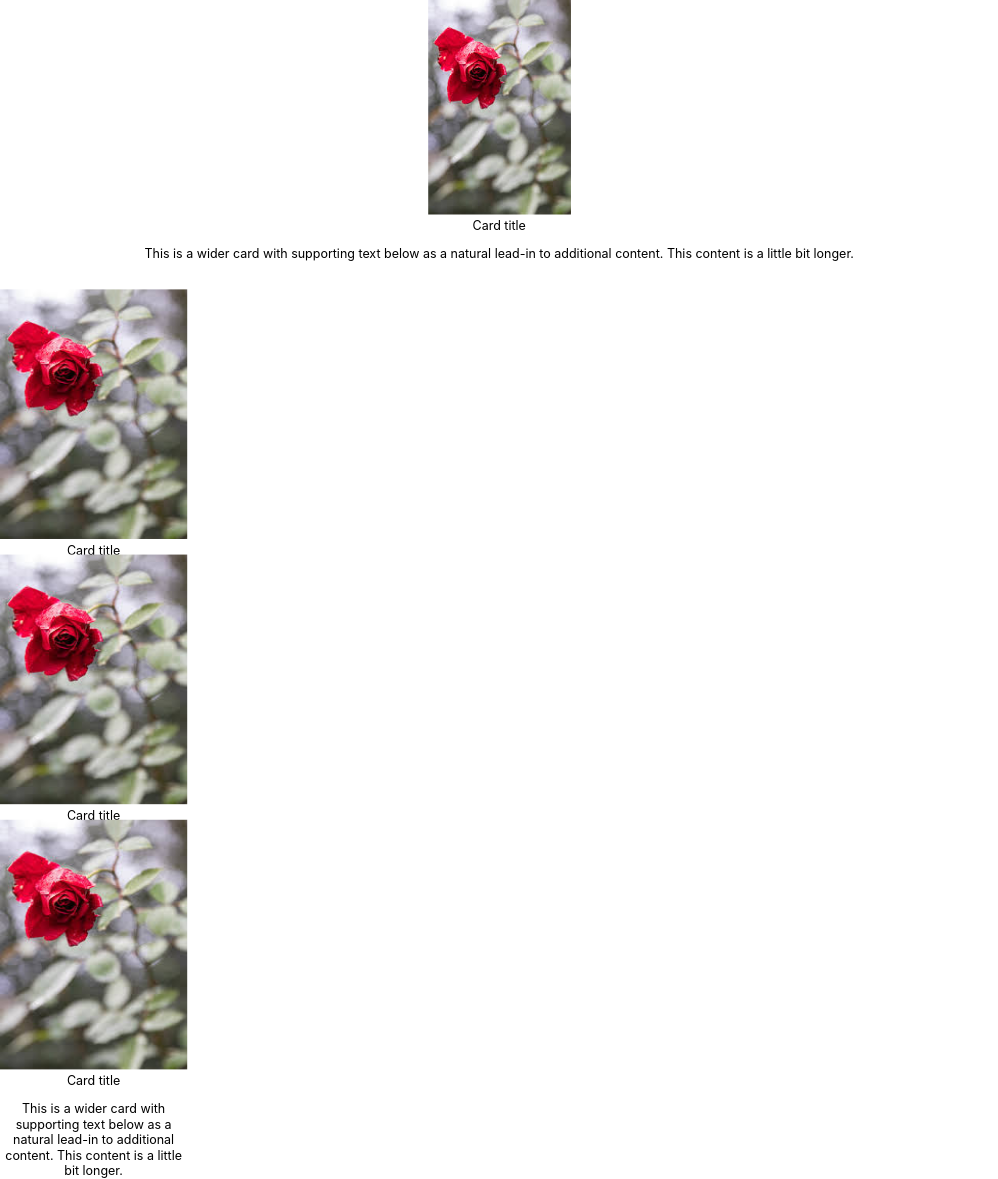
Repository: vakharia5/Preview
Page: /
The author's editor kept a copy of each file at every save. The page is drawn from the files as they stood at one save, then again after a run of saves.
The browser window is 1280 px wide. The pictures show the whole page, at 78% of full size.
The project was rebuilt for these pictures with package versions that can differ from the ones it lists, and the page was loaded fresh each time.

Above is the page before, as saved 2020-06-22 13:17:04.

### src/App.js
import React from 'react';
import logo from './logo.svg';
import './App.css';
import CardList from './components/CardList';

function App() {
  return (
    <div className="App">
    <CardList/>

    </div>
  );
}

export default App;

### src/components/CardList.js
import React, { Component } from 'react'
import {Card,Container,Row,Col} from 'react-bootstrap';
import img from '../assets/Images/download.jpg';

class CardList extends Component {
    render() {
        return (
   <div>
       <Container>
       <Row sm={1} md={2} lg={4}>
        <Card  border="secondary" >
  <Card.Img src={img} alt="Card image"/>
  <Card.ImgOverlay>
    <Card.Title>Card title</Card.Title>
    <Card.Text>
      This is a wider card with supporting text below as a natural lead-in to
      additional content. This content is a little bit longer.
    </Card.Text>
  </Card.ImgOverlay>
</Card>
 <br />
 <Card  border="secondary" style={{ width: '15rem' ,height : '20rem'}}>
  <Card.Img src={img} alt="Card image" style={{ width: '15rem' ,height : '20rem'}} />
  <Card.ImgOverlay>
    <Card.Title>Card title</Card.Title>
    <Card.Text>
      This is a wider card with supporting text below as a natural lead-in to
      additional content. This content is a little bit longer.
    </Card.Text>
  </Card.ImgOverlay>
</Card>
 <br />
 <Card  border="secondary" style={{ width: '15rem' ,height : '20rem'}}>
  <Card.Img src={img} alt="Card image" style={{ width: '15rem' ,height : '20rem'}} />
  <Card.ImgOverlay>
    <Card.Title>Card title</Card.Title>
    <Card.Text>
      This is a wider card with supporting text below as a natural lead-in to
      additional content. This content is a little bit longer.
    </Card.Text>
  </Card.ImgOverlay>
</Card>
 <br />
 <Card  border="secondary" style={{ width: '15rem' ,height : '20rem'}}>
  <Card.Img src={img} alt="Card image" style={{ width: '15rem' ,height : '20rem'}} />
  <Card.ImgOverlay>
    <Card.Title>Card title</Card.Title>
    <Card.Text>
      This is a wider card with supporting text below as a natural lead-in to
      additional content. This content is a little bit longer.
    </Card.Text>
  </Card.ImgOverlay>
</Card>
 <br />
 </Row>
 </Container>
      </div>
        )
        }
}
export default CardList

Loaded but not shown: src/index.js (common file); src/index.css (common file); src/serviceWorker.js (common file); src/App.css (common file)

After the next 2 saves:
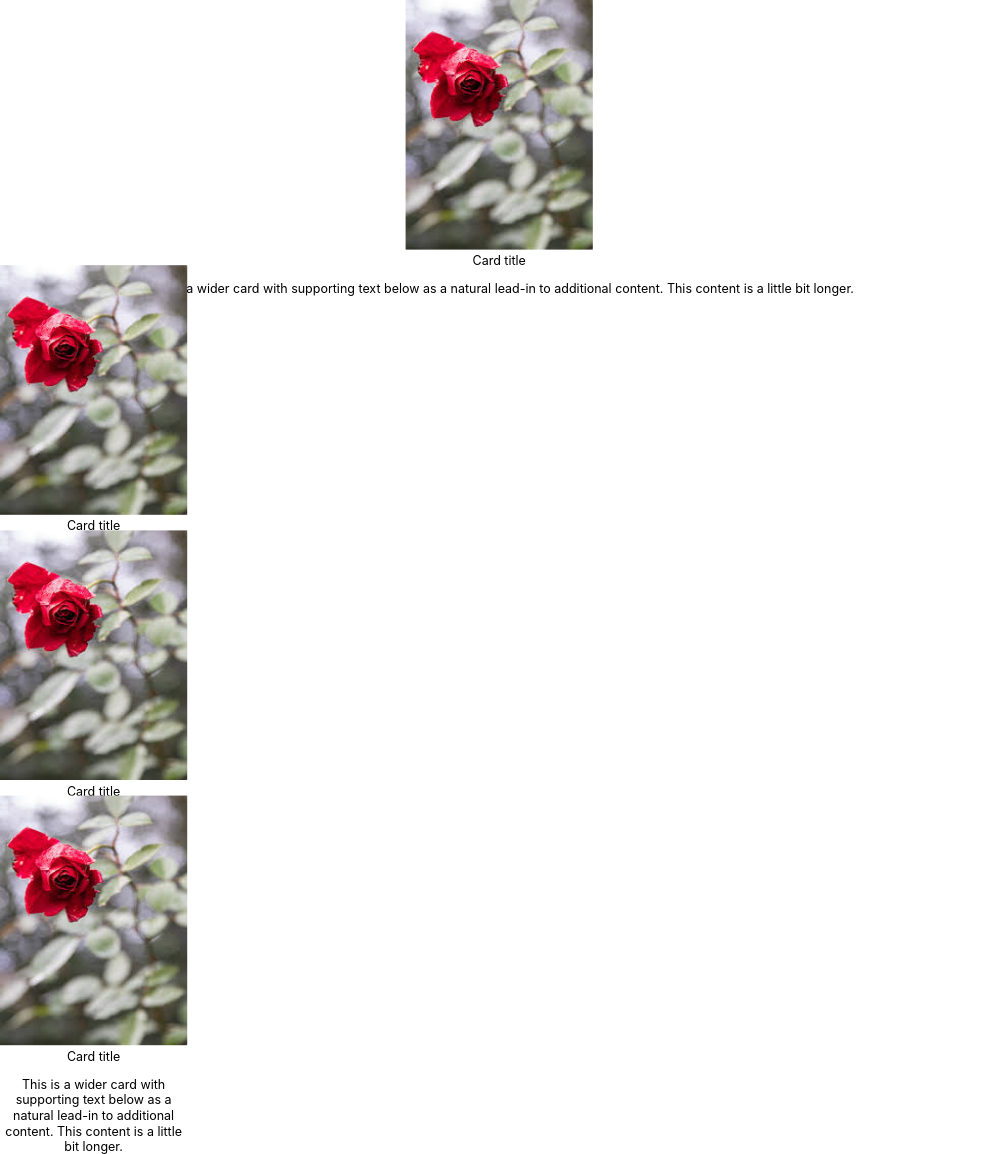
The 2 saves are shown as one change because they came seconds apart.
The last was saved 16 s later.
--- a/src/components/CardList.js
+++ b/src/components/CardList.js
@@ -8,8 +8,8 @@ class CardList extends Component {
    <div>
        <Container>
        <Row sm={1} md={2} lg={4}>
-        <Card  border="secondary" >
-  <Card.Img src={img} alt="Card image"/>
+        <Card  border="secondary" style={{ height : '20rem'}}>
+  <Card.Img src={img} alt="Card image" style={{ width: '15rem' ,height : '20rem'}} />
   <Card.ImgOverlay>
     <Card.Title>Card title</Card.Title>
     <Card.Text>
